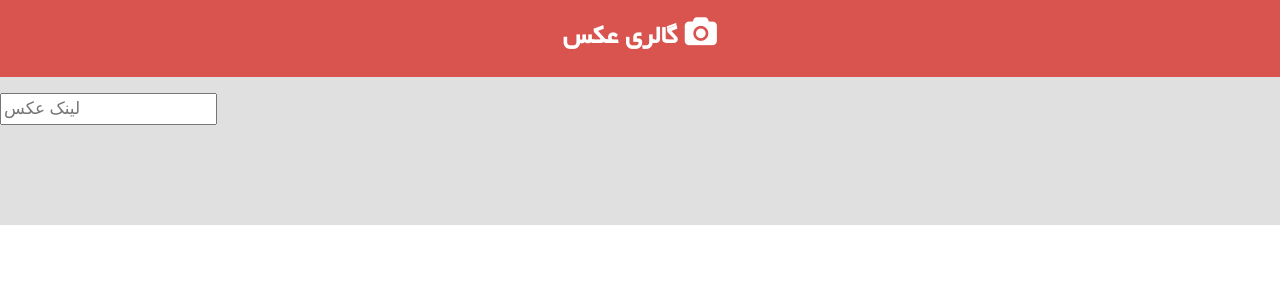
Repository: sadegh1379/PhotoWall-app
Page: /addphoto
These files come from the project's save history. The page is drawn as it stood at one moment and after a run of saves; the edit follows.
The browser window is 1280 px wide. The pictures show the whole page.
The project was rebuilt for these pictures with package versions that can differ from the ones it lists, and the page was loaded fresh each time. Also part of the build but not shown: src/Component/Photo.js, src/Component/PhotoWall.js.

Above is the page before, as saved 2020-02-22 13:16:20.

After the next 4 saves:
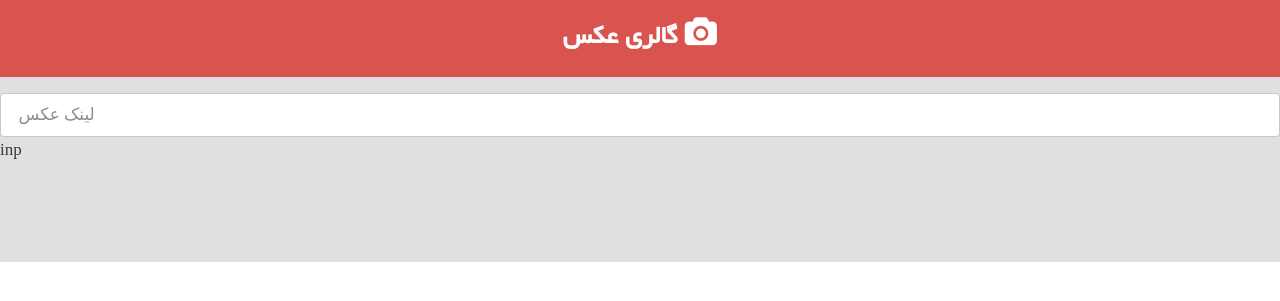
The 4 saves are shown as one change because they came seconds apart.
The last was saved 10 s later.
--- a/src/Component/AddPhoto.js
+++ b/src/Component/AddPhoto.js
@@ -5,7 +5,8 @@ export class AddPhoto extends Component {
         return (
             <div>
                 <form>
-                    <input type="text" placeholder="لینک عکس" className="form"/>
+                    <input type="text" placeholder="لینک عکس" className="form-control"/>
+                    inp
                 </form>
             </div>
         )
